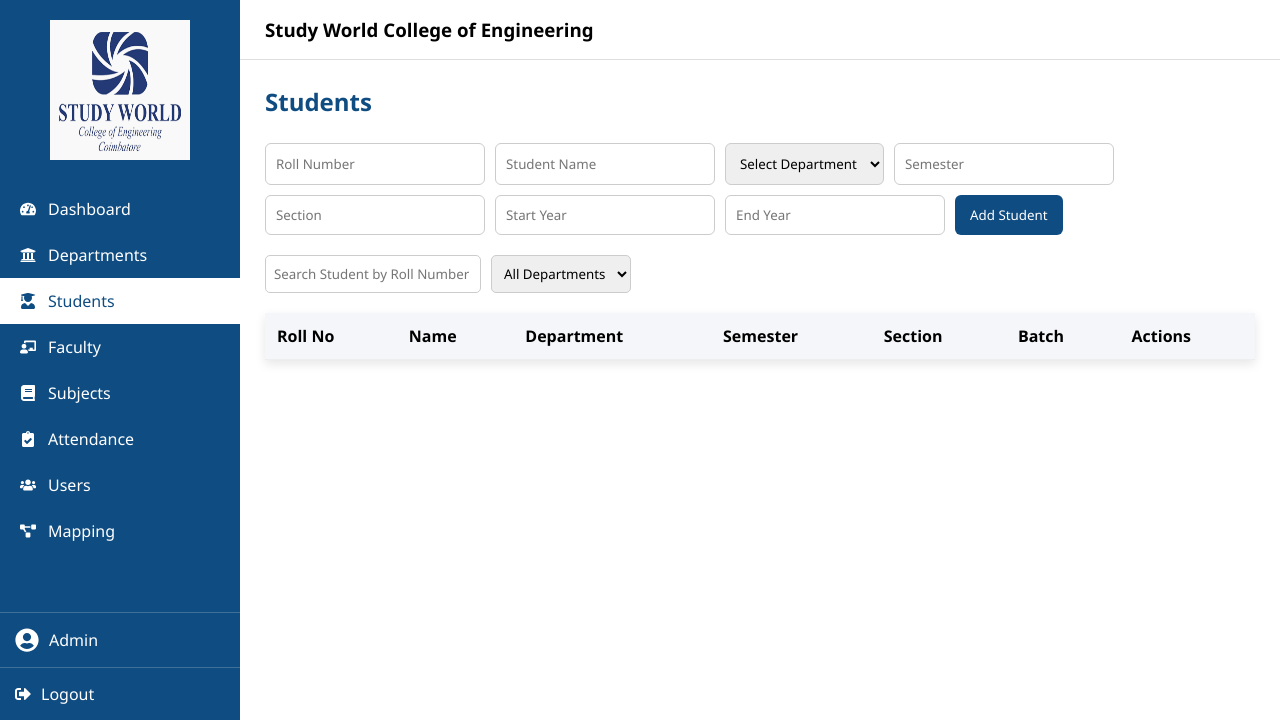
Repository: arthanarieswara/frontend
Page: /students
The author's editor kept a copy of each file at every save. The page is drawn from the files as they stood at one save, then again after the next save.
The browser window is 1280 px wide. The pictures show the whole page.
The page's requests for data from a server got no answer. The project was rebuilt for these pictures with package versions that can differ from the ones it lists, and the page was loaded fresh each time. No one was signed in, and anything a server would have sent is missing. Also part of the build but not shown: vite.config.js, src/pages/auth/Login.jsx, src/pages/dashboard/Dashboard.css, src/pages/dashboard/Dashboard.jsx, src/pages/departments/Departments.jsx, src/pages/faculty/Faculty.css, src/pages/faculty/Faculty.jsx, src/pages/Subjects/Subjects.css and 7 more.

Above is the page before, as saved 2026-03-27 10:55:18.

After the next save:
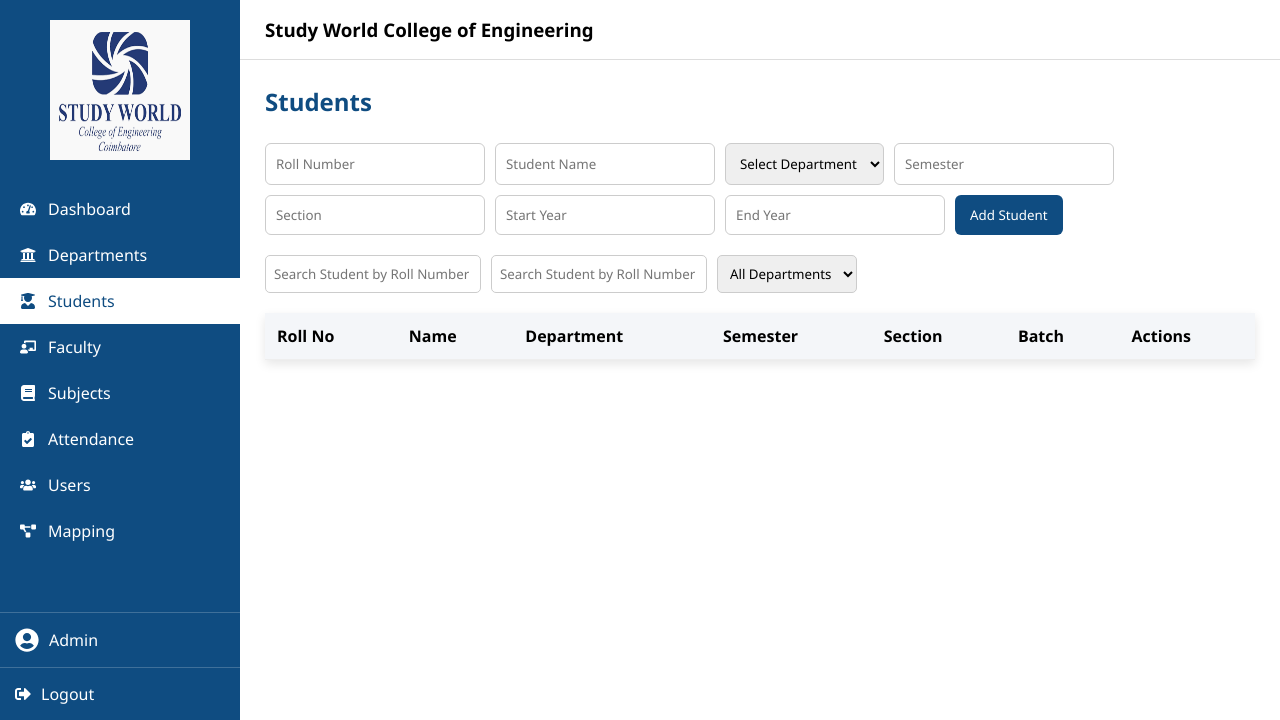
Saved 45 s later.
--- a/src/pages/students/Students.jsx
+++ b/src/pages/students/Students.jsx
@@ -4,7 +4,6 @@ import api from "../../api/api";
 import "./Students.css";
 
 function Students() {
-
   const [students, setStudents] = useState([]);
   const [departments, setDepartments] = useState([]);
 
@@ -31,7 +30,7 @@ function Students() {
 
     // ✅ SORT BY ROLL NUMBER ASCENDING
     const sorted = res.data.sort((a, b) =>
-      a.roll_number.localeCompare(b.roll_number)
+      a.roll_number.localeCompare(b.roll_number),
     );
 
     setStudents(sorted);
@@ -50,7 +49,6 @@ function Students() {
   /* ================= ADD / UPDATE ================= */
 
   const handleSubmit = async () => {
-
     const data = {
       name,
       roll_number: rollNumber,
@@ -58,7 +56,7 @@ function Students() {
       semester,
       section,
       start_year: startYear,
-      end_year: endYear
+      end_year: endYear,
     };
 
     if (editingId) {
@@ -109,10 +107,8 @@ function Students() {
   const filteredStudents = students.filter((s) => {
     return (
       (filterDept === "" || s.department_id == filterDept) &&
-      (
-        s.name?.toLowerCase().includes(search.toLowerCase()) ||
-        s.roll_number?.toLowerCase().includes(search.toLowerCase())
-      )
+      (s.name?.toLowerCase().includes(search.toLowerCase()) ||
+        s.roll_number?.toLowerCase().includes(search.toLowerCase()))
     );
   });
 
@@ -130,13 +126,11 @@ function Students() {
   return (
     <Layout>
       <div className="students">
-
         <h2>Students</h2>
 
         {/* FORM */}
 
         <div className="student-form">
-
           <input
             placeholder="Roll Number"
             value={rollNumber}
@@ -155,7 +149,9 @@ function Students() {
           >
             <option value="">Select Department</option>
             {departments.map((d) => (
-              <option key={d.id} value={d.id}>{d.name}</option>
+              <option key={d.id} value={d.id}>
+                {d.name}
+              </option>
             ))}
           </select>
 
@@ -190,12 +186,16 @@ function Students() {
           <button onClick={handleSubmit}>
             {editingId ? "Update Student" : "Add Student"}
           </button>
-
         </div>
 
         {/* FILTERS */}
 
         <div className="student-filters">
+          <input
+            placeholder="Search Student by Roll Number"
+            value={search}
+            onChange={(e) => setSearch(e.target.value)}
+          />
 
           <input
             placeholder="Search Student by Roll Number"
@@ -209,16 +209,16 @@ function Students() {
           >
             <option value="">All Departments</option>
             {departments.map((d) => (
-              <option key={d.id} value={d.id}>{d.name}</option>
+              <option key={d.id} value={d.id}>
+                {d.name}
+              </option>
             ))}
           </select>
-
         </div>
 
         {/* TABLE */}
 
         <table className="students-table">
-
           <thead>
             <tr>
               <th>Roll No</th>
@@ -232,32 +232,32 @@ function Students() {
           </thead>
 
           <tbody>
-
             {currentStudents.map((s) => (
-
               <tr key={s.id}>
                 <td>{s.roll_number}</td>
                 <td>{s.name}</td>
                 <td>{s.department_name}</td>
                 <td>{s.semester}</td>
                 <td>{s.section}</td>
-                <td>{s.start_year} - {s.end_year}</td>
+                <td>
+                  {s.start_year} - {s.end_year}
+                </td>
 
                 <td>
                   <button className="edit-btn" onClick={() => handleEdit(s)}>
                     Edit
                   </button>
 
-                  <button className="delete-btn" onClick={() => handleDelete(s.id)}>
+                  <button
+                    className="delete-btn"
+                    onClick={() => handleDelete(s.id)}
+                  >
                     Delete
                   </button>
                 </td>
               </tr>
-
             ))}
-
           </tbody>
-
         </table>
 
         {/* PAGINATION */}
@@ -273,7 +273,6 @@ function Students() {
             </button>
           ))}
         </div>
-
       </div>
     </Layout>
   );

After the save that followed:
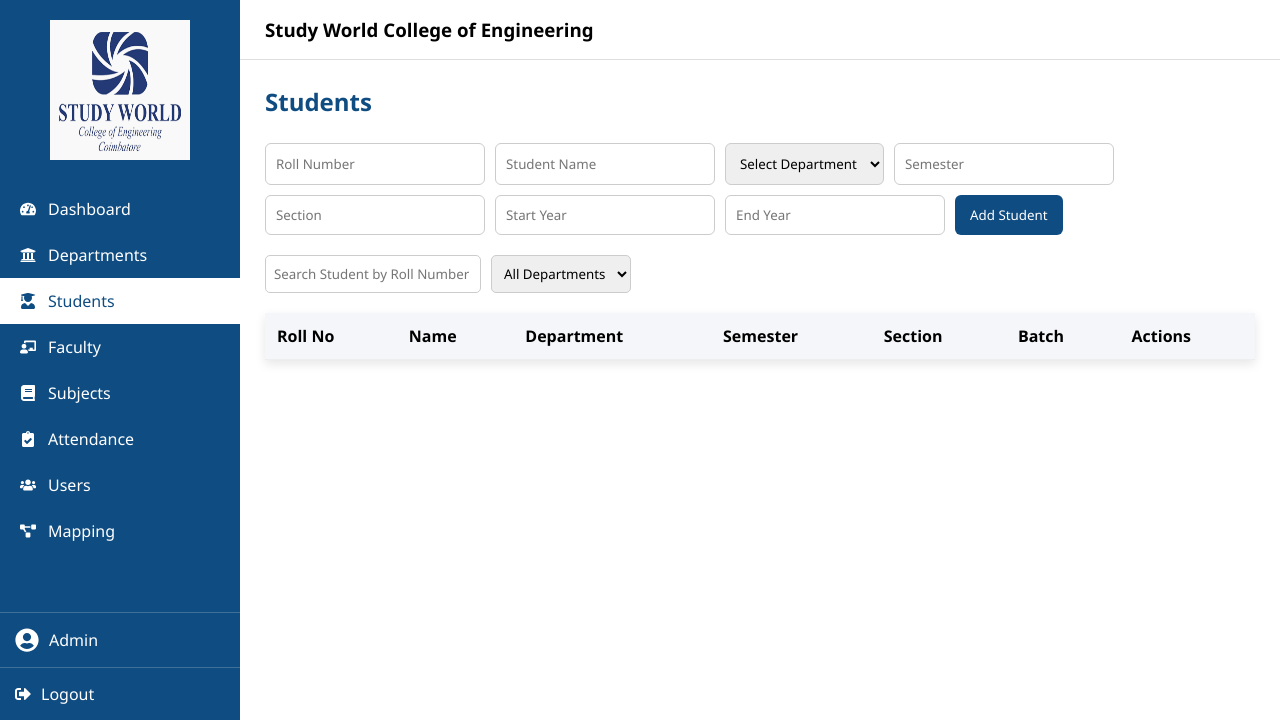
Saved 96 s later.
--- a/src/pages/students/Students.jsx
+++ b/src/pages/students/Students.jsx
@@ -4,6 +4,7 @@ import api from "../../api/api";
 import "./Students.css";
 
 function Students() {
+
   const [students, setStudents] = useState([]);
   const [departments, setDepartments] = useState([]);
 
@@ -30,7 +31,7 @@ function Students() {
 
     // ✅ SORT BY ROLL NUMBER ASCENDING
     const sorted = res.data.sort((a, b) =>
-      a.roll_number.localeCompare(b.roll_number),
+      a.roll_number.localeCompare(b.roll_number)
     );
 
     setStudents(sorted);
@@ -49,6 +50,7 @@ function Students() {
   /* ================= ADD / UPDATE ================= */
 
   const handleSubmit = async () => {
+
     const data = {
       name,
       roll_number: rollNumber,
@@ -56,7 +58,7 @@ function Students() {
       semester,
       section,
       start_year: startYear,
-      end_year: endYear,
+      end_year: endYear
     };
 
     if (editingId) {
@@ -107,8 +109,10 @@ function Students() {
   const filteredStudents = students.filter((s) => {
     return (
       (filterDept === "" || s.department_id == filterDept) &&
-      (s.name?.toLowerCase().includes(search.toLowerCase()) ||
-        s.roll_number?.toLowerCase().includes(search.toLowerCase()))
+      (
+        s.name?.toLowerCase().includes(search.toLowerCase()) ||
+        s.roll_number?.toLowerCase().includes(search.toLowerCase())
+      )
     );
   });
 
@@ -126,11 +130,13 @@ function Students() {
   return (
     <Layout>
       <div className="students">
+
         <h2>Students</h2>
 
         {/* FORM */}
 
         <div className="student-form">
+
           <input
             placeholder="Roll Number"
             value={rollNumber}
@@ -149,9 +155,7 @@ function Students() {
           >
             <option value="">Select Department</option>
             {departments.map((d) => (
-              <option key={d.id} value={d.id}>
-                {d.name}
-              </option>
+              <option key={d.id} value={d.id}>{d.name}</option>
             ))}
           </select>
 
@@ -186,22 +190,20 @@ function Students() {
           <button onClick={handleSubmit}>
             {editingId ? "Update Student" : "Add Student"}
           </button>
+
         </div>
 
         {/* FILTERS */}
 
         <div className="student-filters">
+
           <input
             placeholder="Search Student by Roll Number"
             value={search}
             onChange={(e) => setSearch(e.target.value)}
           />
 
-          <input
-            placeholder="Search Student by Roll Number"
-            value={search}
-            onChange={(e) => setSearch(e.target.value)}
-          />
+
 
           <select
             value={filterDept}
@@ -209,16 +211,16 @@ function Students() {
           >
             <option value="">All Departments</option>
             {departments.map((d) => (
-              <option key={d.id} value={d.id}>
-                {d.name}
-              </option>
+              <option key={d.id} value={d.id}>{d.name}</option>
             ))}
           </select>
+
         </div>
 
         {/* TABLE */}
 
         <table className="students-table">
+
           <thead>
             <tr>
               <th>Roll No</th>
@@ -232,32 +234,32 @@ function Students() {
           </thead>
 
           <tbody>
+
             {currentStudents.map((s) => (
+
               <tr key={s.id}>
                 <td>{s.roll_number}</td>
                 <td>{s.name}</td>
                 <td>{s.department_name}</td>
                 <td>{s.semester}</td>
                 <td>{s.section}</td>
-                <td>
-                  {s.start_year} - {s.end_year}
-                </td>
+                <td>{s.start_year} - {s.end_year}</td>
 
                 <td>
                   <button className="edit-btn" onClick={() => handleEdit(s)}>
                     Edit
                   </button>
 
-                  <button
-                    className="delete-btn"
-                    onClick={() => handleDelete(s.id)}
-                  >
+                  <button className="delete-btn" onClick={() => handleDelete(s.id)}>
                     Delete
                   </button>
                 </td>
               </tr>
+
             ))}
+
           </tbody>
+
         </table>
 
         {/* PAGINATION */}
@@ -273,6 +275,7 @@ function Students() {
             </button>
           ))}
         </div>
+
       </div>
     </Layout>
   );
